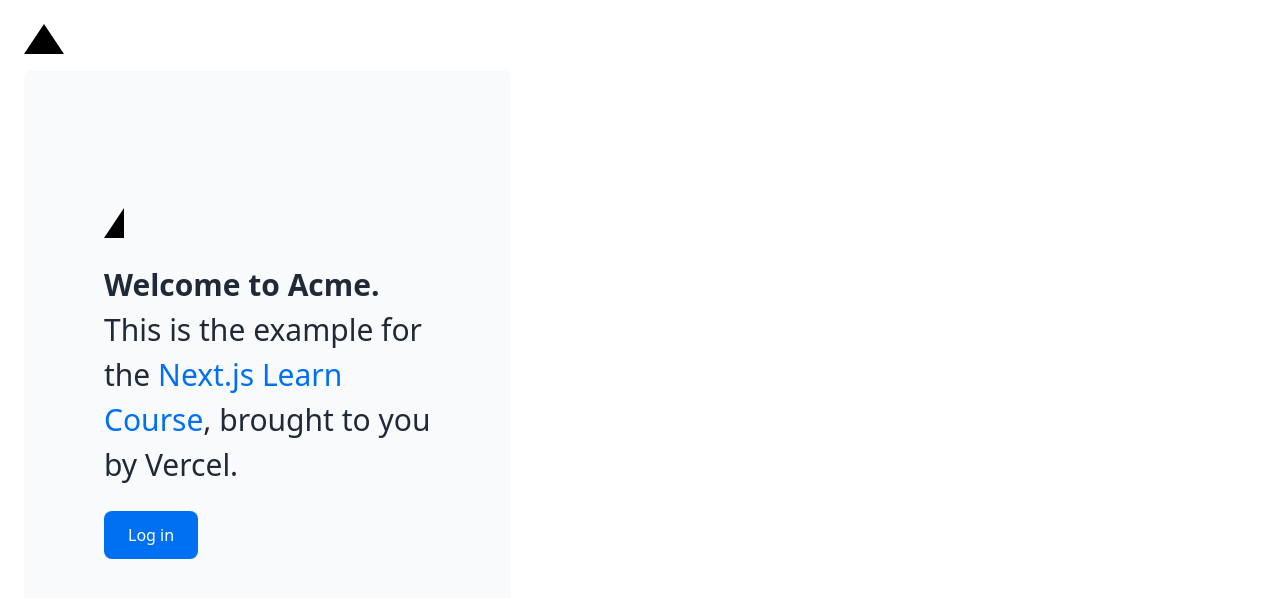
Repository: dev1siWoo/nextjs-dashboard
Page: /
These files come from the project's save history. The page is drawn as it stood at one moment and after a run of saves; the edit follows.
The browser window is 1280 px wide. The pictures show the whole page.
The project was rebuilt for these pictures with package versions that can differ from the ones it lists, and the page was loaded fresh each time. The framework's server and built-in components were replaced by stand-ins that run in the browser. Also part of the build but not shown: next.config.js.

Above is the page before, as saved 2023-10-27 18:08:55.

After the next 6 saves:
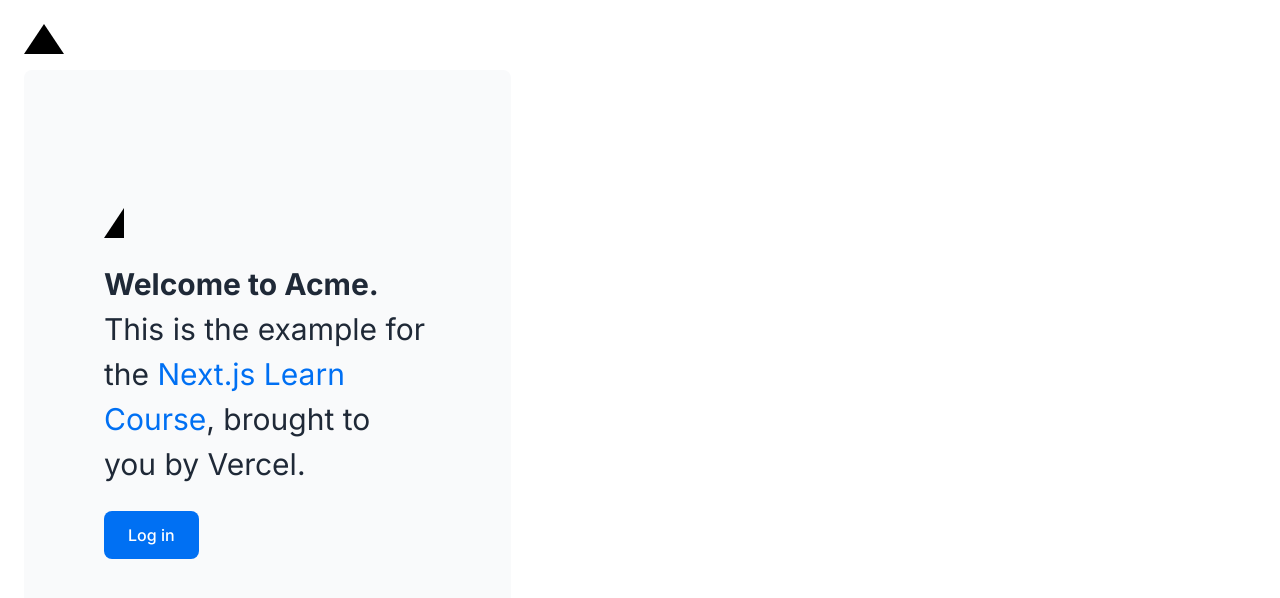
The 6 saves are shown as one change because 1 did not build or start and some came seconds apart.
The last was saved 23 s later.
--- a/app/layout.tsx
+++ b/app/layout.tsx
@@ -9,7 +9,7 @@
 }) {
   return (
     <html lang="en">
-      <body>{children}</body>
+      <body className={`${inter.className}`}>{children}</body>
     </html>
   );
 }
